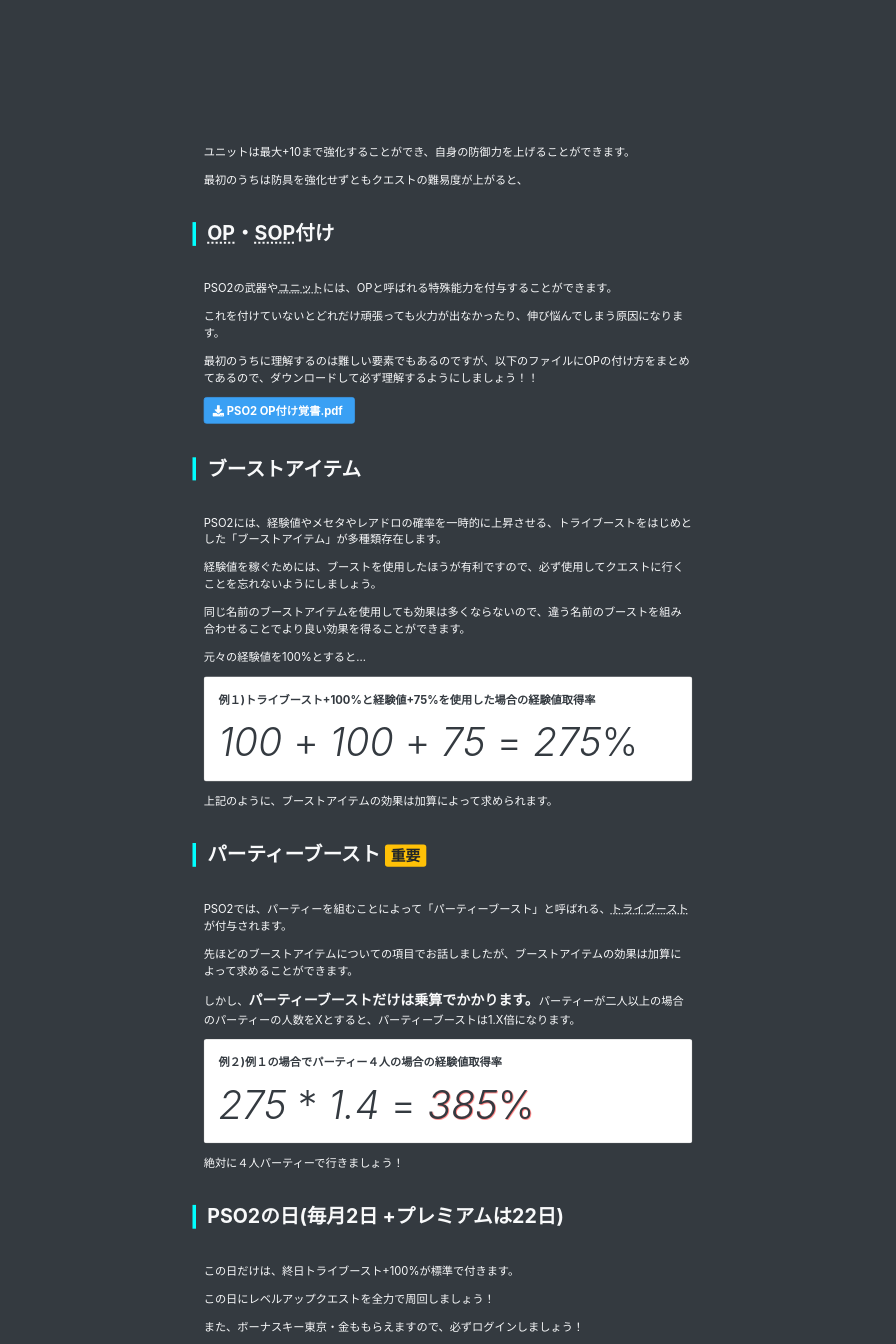
Repository: milkyahonpo/Website_source
Page: docs/capture.html
The author's editor kept a copy of each file at every save. The page is drawn from the files as they stood at one save, then again after the next save.
The browser window is 1280 px wide. The pictures show the part of the page from y = 3755 to 5675 px (the page is 10707 px tall before and 10731 px after), at 70% of full size.
Pictures or frames that could not be fetched are drawn as grey boxes. Some web libraries are served in a nearby version.

Above is the page before, as saved 2020-02-03 10:07:34.

### docs/capture.html
<!DOCTYPE html>
<html lang="ja">
  <head>
    <!-- Required meta tags -->
    <meta charset="utf-8">
    <meta name="viewport" content="width=device-width, initial-scale=1, shrink-to-fit=no">
    <!-- Bootstrap CSS -->
    <link rel="stylesheet" href="https://stackpath.bootstrapcdn.com/bootstrap/4.3.1/css/bootstrap.min.css" integrity="sha384-ggOyR0iXCbMQv3Xipma34MD+dH/1fQ784/j6cY/iJTQUOhcWr7x9JvoRxT2MZw1T" crossorigin="anonymous">
    <!-- My CSS -->
    <link rel="stylesheet" href="css/capture.css">
    <!-- favicon -->
    <link rel="shortcut icon" href="img/favicon.ico">
    <!-- Font Awesome -->
    <link href="https://use.fontawesome.com/releases/v5.6.1/css/all.css" rel="stylesheet">
    <!-- Google Fonts -->
    <link href="https://fonts.googleapis.com/css?family=Titillium+Web&display=swap" rel="stylesheet">

    <title>みるく屋本舗 - 攻略本 -</title>
  </head>

  <body>
  <!-- Navigation -->
  <nav class="navbar navbar-expand-lg navbar-light fixed-top py-3" id="mainNav">
    <div class="container">
      <a class="navbar-brand" href="index.html">
        <img src="./img/logo.png" width="50" height="50" alt="">
        <b>みるく屋本舗</b>
      </a>
      <button class="navbar-toggler navbar-togglar-right" type="button" data-toggle="collapse" data-target="#navbarResponsive" aria-controls="navbarResponsive" aria-expanded="false" aria-label="Toggle navigation">
        <span class="navbar-toggler-icon"></span>
      </button>
      <div class="collapse navbar-collapse" id="navbarResponsive">
        <ul class="navbar-nav ml-auto my-2 my-lg-0">
          <li class="nav-item">
            <a class="nav-link js-scroll-trigger" href="#basic">基礎知識</a>
          </li>
          <li class="nav-item">
            <a class="nav-link js-scroll-trigger" href="#lv1-50">Lv01～Lv50</a>
          </li>
          <li class="nav-item">
            <a class="nav-link js-scroll-trigger" href="#lv51-75">Lv51～Lv75</a>
          </li>
          <li class="nav-item">
            <a class="nav-link js-scroll-trigger" href="#lv76-80">Lv76～Lv80</a>
          </li>
          <li class="nav-item">
            <a class="nav-link js-scroll-trigger" href="#lv81-90">Lv81～Lv90</a>
          </li>
        </ul>
      </div>
    </div>
  </nav>
  <!-- About Section -->
  <section class="page-section h-100 bg-dark text-light">
    <div class="container h-100">
      <div class="row h-100 justify-content-center align-items-center">
        <div class="col-lg-8">
          <h2 class="display-1 mt-0 font-weight-bold text-center"><span style="color: cyan;">攻</span>略本</h2>
          <hr class="divider my-4">
          <p class="lead text-center">チムメンに役立つ育成情報を掲載します！</p>
          <p class="text-center"><small>最終更新 : 2020/01/23</small></p>
        </div>
      </div>
    </div>
  </section>

  <div class="page-section bg-dark text-light">
    <div class="container">
      <div class="row py-5 justify-content-center" id="basic">
        <div class="col-md-8">
          <h2 class="font-weight-bold">基礎知識</h2>
          <h3 class="my-5 pl-3"><strong class="font-weight-bold">メインクラスとサブクラス</strong></h3>
          <div class="px-3">
            <div>
              PSO2には「メインクラス」と「サブクラス」があります。
              <ul>
                <li>「メインクラス」装備できる武器に影響するクラス</li>
                <li>「サブクラス」一部のスキルとステータスの影響を受けるクラス<br>
              </ul>
              以下にクラス一覧と、その装備できる武器について示します。
            </div>
            <p class="alert alert-info">ガンスラッシュはどのクラスでも使用することができます。</p>
            <h4>通常クラス</h4>
            <table class="table table-striped table-hover my-3 table-dark">
              <tr><th>アイコン</th><th>クラス名</th><th>略称</th><th>装備できる武器</th></tr>
              <tr><td><img class="img-thumbnail" src="img/Hu.png"　style="display: inline-block" width="50px" height="auto"></td><td><a href="https://pso2.swiki.jp/index.php?%E3%83%8F%E3%83%B3%E3%82%BF%E3%83%BC">ハンター</a></td><td>Hu</td><td><ul><li>ソード</li><li>ワイヤードランス</li><li>パルチザン</li></ul></td></tr>
              <tr><td><img class="img-thumbnail" src="img/Fi.png"　style="display: inline-block" width="50px" height="auto"></td><td><a href="https://pso2.swiki.jp/index.php?%E3%83%95%E3%82%A1%E3%82%A4%E3%82%BF%E3%83%BC">ファイター</a></td><td>Fi</td><td><ul><li>ツインダガー</li><li>ダブルセイバー</li><li>ナックル</li></ul></td></tr>
              <tr><td><img class="img-thumbnail" src="img/Ra.png"　style="display: inline-block" width="50px" height="auto"></td><td><a href="https://pso2.swiki.jp/index.php?%E3%83%AC%E3%83%B3%E3%82%B8%E3%83%A3%E3%83%BC">レンジャー</a></td><td>Ra</td><td><ul><li>ランチャー</li><li>アサルトライフル</li></ul></td></tr>
              <tr><td><img class="img-thumbnail" src="img/Gu.png"　style="display: inline-block" width="50px" height="auto"></td><td><a href="https://pso2.swiki.jp/index.php?%E3%82%AC%E3%83%B3%E3%83%8A%E3%83%BC">ガンナー</a></td><td>Gu</td><td><ul><li>ツインマシンガン</li><li>アサルトライフル</li></ul></td></tr>
              <tr><td><img class="img-thumbnail" src="img/Fo.png"　style="display: inline-block" width="50px" height="auto"></td><td><a href="https://pso2.swiki.jp/index.php?%E3%83%95%E3%82%A9%E3%83%BC%E3%82%B9">フォース</a></td><td>Fo</td><td><ul><li>ロッド</li><li>タリス</li></ul></td></tr>
              <tr><td><img class="img-thumbnail" src="img/Te.png"　style="display: inline-block" width="50px" height="auto"></td><td><a href="https://pso2.swiki.jp/index.php?%E3%83%86%E3%82%AF%E3%82%BF%E3%83%BC">テクター</a></td><td>Te</td><td><ul><li>ウォンド</li><li>タリス</li></ul></td></tr>
              <tr><td><img class="img-thumbnail" src="img/Br.png"　style="display: inline-block" width="50px" height="auto"></td><td><a href="https://pso2.swiki.jp/index.php?%E3%83%96%E3%83%AC%E3%82%A4%E3%83%90%E3%83%BC">ブレイバー</a></td><td>Br</td><td><ul><li>カタナ</li><li>バレットボウ</li></ul></td></tr>
              <tr><td><img class="img-thumbnail" src="img/Bo.png"　style="display: inline-block" width="50px" height="auto"></td><td><a href="https://pso2.swiki.jp/index.php?%E3%83%90%E3%82%A6%E3%83%B3%E3%82%B5%E3%83%BC">バウンサー</a></td><td>Bo</td><td><ul><li>ジェットブーツ</li><li>デュアルブレード</li></ul></td></tr>
              <tr><td><img class="img-thumbnail" src="img/Su.png"　style="display: inline-block" width="50px" height="auto"></td><td><a href="https://pso2.swiki.jp/index.php?%E3%82%B5%E3%83%A2%E3%83%8A%E3%83%BC">サモナー</a></td><td>Su</td><td><ul><li>タクト</li></ul></td></tr >
            </table>
            <div class="my-5">
              <p>これらの通常クラスのいずれか２つをレベル75にすることで選択可能になる<strong class="lead font-weight-bold">「後継クラス」</strong>というものがあります。</p>
              <p>後継クラスは現状で３つあり、ファントムとエトワールはサブクラスとしてセットすることができますが、メインクラスとして使う場合、<strong class="lead font-weight-bold">全てサブクラスをセットすることができません。</strong>その代わりに、各クラス特徴のある強力なクラススキルを有しており、非常に優秀なクラスとなっています。</p>
            </div>
            <h4>後継クラス</h4>
            <table class="table table-striped table-hover my-3 table-dark">
              <tr><th>アイコン</th><th>クラス名</th><th>略称</th><th>装備できる武器</th></tr>
              <tr><td><img class="img-thumbnail" src="img/Hr.png"　style="display: inline-block" width="50px" height="auto"></td class="align-items-center"><td><a href="https://pso2.swiki.jp/index.php?%E3%83%92%E3%83%BC%E3%83%AD%E3%83%BC">ヒーロー</a></td><td>Hr</td><td><ul><li>ソード</li><li>ツインマシンガン</li><li>タリス</li></ul></td></tr>
              <tr><td><img class="img-thumbnail" src="img/Ph.png"　style="display: inline-block" width="50px" height="auto"></td><td><a href="https://pso2.swiki.jp/index.php?%E3%83%95%E3%82%A1%E3%83%B3%E3%83%88%E3%83%A0">ファントム</a></td><td>Ph</td><td><ul><li>カタナ</li><li>アサルトライフル</li><li>ロッド</li></td></tr>
              <tr><td><img class="img-thumbnail" src="img/Et.png"　style="display: inline-block" width="50px" height="auto"></td><td><a href="https://pso2.swiki.jp/index.php?%E3%82%A8%E3%83%88%E3%83%AF%E3%83%BC%E3%83%AB">エトワール</a></td><td>Et</td><td><ul><li>ダブルセイバー</li><li>デュアルブレード</li><li>ウォンド</li></td></tr>
            </table>
            <p>「メインクラス」は、当然ですが入手した経験値の100%が加算されます。</p>
            <p>「サブクラス」も、セットしておくだけでサブクラスがレベル70までは<strong class="lead font-weight-bold">メインクラスが獲得した経験値の25%</strong>が加算されます。</p>
            <p>そのため、必ずサブクラスをつけておきましょう。</p>
          </div>
          <h3 class="my-5 pl-3"><strong class="font-weight-bold">武器やユニットの強化</strong></h3>
          <div class="px-3">
            <p>入手した武器やユニットを強化することで、より強力なものにすることができます。</p>
            <p>2016/04/20以降に実装された武器は「新世武器」と呼ばれ、現状主力の武器などは基本的に全てこれにあたります。</p>
            <p>新世武器は最大+35まで強化することができ、+10ごとに武器ごとに設定されている潜在能力という強力な能力が解放され、最大Lv3になります。</p>
            <div class="movie-box">
              <iframe width="560" height="315" src="https://www.youtube-nocookie.com/embed/dSWcW5Sa8bw" frameborder="0" allow="accelerometer; autoplay; encrypted-media; gyroscope; picture-in-picture" allowfullscreen></iframe>
              <iframe width="560" height="315" src="https://www.youtube-nocookie.com/embed/HepugsvGa0Y" frameborder="0" allow="accelerometer; autoplay; encrypted-media; gyroscope; picture-in-picture" allowfullscreen></iframe>
            </div>
            <p>ユニットは最大+10まで強化することができ、自身の防御力を上げることができます。</p>
            <p>最初のうちは防具を強化せずともクエストの難易度が上がると、</p>
          </div>
          <h3 class="my-5 pl-3"><strong class="font-weight-bold"><abbr title="特殊能力(DL先のファイルに詳細)">OP</abbr>・<abbr title="S級特殊能力(DL先のファイルに詳細)">SOP</abbr>付け</strong></h3>
          <div class="px-3">
            <p>PSO2の武器や<abbr title="防具のこと">ユニット</abbr>には、OPと呼ばれる特殊能力を付与することができます。</p>
            <p>これを付けていないとどれだけ頑張っても火力が出なかったり、伸び悩んでしまう原因になります。</p>
            <p>最初のうちに理解するのは難しい要素でもあるのですが、以下のファイルにOPの付け方をまとめてあるので、ダウンロードして必ず理解するようにしましょう！！</p>
            <a class="text-decoration-none" href="./document/PSO2 OP付け覚書.pdf" download="PSO2 OP付け覚書.pdf">
              <button class="btn btn-primary">
                <span class="text-decoration-none"><i class="fas fa-download"></i><b class="px-1">PSO2 OP付け覚書.pdf</b></span>
              </button>
            </a>
          </div>
          <h3 class="my-5 pl-3"><strong class="font-weight-bold">ブーストアイテム</strong></h3>
          <div class="px-3">
            <p>PSO2には、経験値やメセタやレアドロの確率を一時的に上昇させる、トライブーストをはじめとした「ブーストアイテム」が多種類存在します。</p>
            <p>経験値を稼ぐためには、ブーストを使用したほうが有利ですので、必ず使用してクエストに行くことを忘れないようにしましょう。</p>
            <p>同じ名前のブーストアイテムを使用しても効果は多くならないので、違う名前のブーストを組み合わせることでより良い効果を得ることができます。</p>
            <p>元々の経験値を100%とすると...</p>
            <div class="card mb-3 text-dark">
              <div class="card-body">
              <p><b>例１)トライブースト+100%と経験値+75%を使用した場合の経験値取得率</b></p>
              <strong class="my-1 display-4"><var>100</var> + <var>100</var> + <var>75</var> = <var>275</var>%</strong>
              </div>
            </div>
            <p>上記のように、ブーストアイテムの効果は加算によって求められます。</p>
          </div>
          <h3 class="my-5 pl-3"><strong class="font-weight-bold">パーティーブースト </strong><span class="badge badge-warning">重要</span></h3>
          <div class="px-3">
            <p>PSO2では、パーティーを組むことによって「パーティーブースト」と呼ばれる、<abbr title="略称「トラブ」 メセタ、レアドロ、経験値獲得量UP">トライブースト</abbr>が付与されます。</p>
            <p>先ほどのブーストアイテムについての項目でお話しましたが、ブーストアイテムの効果は加算によって求めることができます。</p>
            <p>しかし、<strong class="lead font-weight-bold">パーティーブーストだけは乗算でかかります。</strong>パーティーが二人以上の場合のパーティーの人数をXとすると、パーティーブーストは1.X倍になります。</p>
            <div class="card mb-3 text-dark">
              <div class="card-body">
              <p><b>例２)例１の場合でパーティー４人の場合の経験値取得率</b></p>
              <strong class="my-1 display-4"><var>275</var> * <var>1.4</var> = <span class="enh"><var>385</var>%</span></strong><br>
              </div>
            </div>
            <p>絶対に４人パーティーで行きましょう！</p>
          </div>
          <h3 class="my-5 pl-3"><strong class="font-weight-bold">PSO2の日(毎月2日 +プレミアムは22日)</strong></h3>
          <div class="px-3">
            <p>この日だけは、終日トライブースト+100%が標準で付きます。</p>
            <p>この日にレベルアップクエストを全力で周回しましょう！</p>
            <p>また、ボーナスキー東京・金ももらえますので、必ずログインしましょう！</p>
          </div>
          <h3 class="my-5 pl-3"><strong class="font-weight-bold">プレミアムアカウント </strong><span class="badge badge-warning">重要</span></h3>
          <div class="px-3">
            <p>プレミアムアカウントだと、その期間は常にトライブースト+50%が付与されます。</p>
            <p>また、プレミアムアカウントだとプレミアムドリンクを飲むことができ、確定で経験値UPの効果を得られるドリンクを飲むことができます！</p>
            <p>一応ノーマルアカウントでもランダムで出ますが、そちらは+10%でこちらは+15%なので、地味にありがたいことであったりします。</p>
            <p>その他多くのメリットがあり、非常におすすめです。詳細は以下からご確認ください。</p>
            <a href="http://pso2.jp/players/manual/preparations/ac/#sys-manual-513"><button class="btn btn-primary"><i class="fas fa-question-circle"></i> プレミアムアカウントについて</button></a>
          </div>
        </div>
      </div>
      <div class="row py-5 justify-content-center" id="lv1-50">
        <div class="col-lg-8">
          <h2><b>Lv01～50</b></h2>
          <h3 class="my-5 pl-3"><strong class="font-weight-bold">クエストに行かない！</strong></h3>
          <div class="px-3">
            <p>それが大事です。ひたすらに。</p>
            <p>理由としては、難易度的にも効率的にも、経験値がおいしくないからです。</p>
            <p>初心者として始めた時点だと、倉庫に「経験値獲得チケット」が眠っているので、まずはそれを使ってドシドシとレベルを上げていきましょう！</p>
            <p>１レベル上がるのに必要な経験値が一気に上がるのは41レベル以降なので、そこまでは一気に上がっていくはずです。</p>
            <p><strong class="lead font-weight-bold">しかし！！</strong>以下の注意点があります...</p>
          </div>
          <h3 class="my-5 pl-3"><strong class="font-weight-bold">レベル制限解除試練・Ⅰ<span class="mx-3">or</span>Ⅱ</strong></h3>
          <div class="px-3">
            <p><strong class="lead font-weight-bold">ゲートエリアのNPCコフィーのクライアントオーダー</strong>から、Ⅰはクラスレベル20、Ⅱはクラスレベル35になると受けることができます。</p>
            <p>このオーダーをクリアしておかないと、レベル30とレベル40の時点で<abbr title="レベルがそれ以上上がらない状態になること">レベルキャップ</abbr>を迎えてしまいます。そうなると経験値チケットを使用しても無駄になるだけなので、しっかりと解放しておきましょう！</p>
          </div>
        </div>
      </div>
      <div class="row py-5 justify-content-center" id="lv51-75">
        <div class="col-lg-8">
          <h2 class="mb-5"><b>Lv51～75</b></h2>
          <h3 class="my-5 pl-3"><strong class="font-weight-bold">ボーナスキー</strong></h3>
          <div class="px-3">
            <p><strong class="lead font-weight-bold">ここまで取っておいた君！よく我慢した！！！</strong></p>
            <p>ボーナスキーは有効期限がありますので、ここらで使うのも手ではないでしょうか。</p>
            <p>しかし、ボーナスクエストは、自身の現在のレベルに比例して取得できる経験値量が増加します。</p>
            <p>自身のレベルが80になると、取得できる経験値量の変動が頭打ちになるので、そこで使うのがもっとも効率が良い方法になります。</p>
            <p><strong class="lead font-weight-bold">PSO2の日はボーナスクエストにも経験値+100%がつく</strong>ので、期限がもつならその時に行きましょう！</p>
          </div>
          <h3 class="my-5 pl-3"><strong class="font-weight-bold">暗影渦巻く壊れた世界SH </strong><span class="badge badge-warning">重要</span></h3>
          <div class="px-3">
            <p>これより経験値がおいしいクエストは、他にはボーナスキーしかないレベルです。</p>
            <p>圧倒的経験値効率を誇るクエストなので、レベリングには必ず行きましょう！</p>
            <p><strong class="lead font-weight-bold">レベルアップクエストの仕様上、5日周期で1日来る</strong>ので必ずチェックしておきましょう。</p>
          </div>
          <h3 class="my-5 pl-3"><strong class="font-weight-bold">クラスごとの<abbr title="スキルポイント スキルツリーのスキルを取得するために必要になる レベル1UPごとに1SP">SP</abbr>取得クライアントオーダー </strong><span class="badge badge-warning">重要</span></h3>
          <div class="px-3">
            <p>レベル75になると、クラスキューブというアイテムを渡すことによって、クラスごとにSPを獲得できるクライアントオーダーが解放されます。</p>
            <p>クラスキューブとは、ハンターであれば「Huエクスキューブ」といったような、クラスの略称がついたアイテムになります。</p>
            <p>全てのクラス共通で、最初は1個、次は2個、3個、4個と要求数が増えていき、全4つのオーダーで合計10個のクラスキューブが必要になります。</p>
            <p><strong class="lead font-weight-bold">ゲートエリアのNPCシロナの「トレジャーショップ」</strong>から、SGまたはメセタを使用してクラスキューブを購入することができます。売っているクラスキューブは日替わりなので、自分の欲しいクラスキューブが陳列された時に購入しましょう！</p>
            <p>また、レベル90のレベルキャップに到達した状態でレベルアップすることで、そのクラスのクラスキューブを<strong class="lead font-weight-bold">レベルアップごとに７個</strong>取得することができます。</p>
          </div>
        </div>
      </div>
          <!--
          <h3 class="my-5 pl-3"><strong class="font-weight-bold">レベル75制限解除試験・○○ </strong><span class="badge badge-info">後継クラスのみ</span></h3>
          <p>レベル75制限解除試験とは、その名の通りレベル75のレベルキャップを解放するクライアントオーダーです。</p>
          <p>これまでもレベル30の時点やレベル40の時点にも存在したものと同じになります。</p>
          <p>このレベルキャップ解放はクラスごとにクリアする必要があります。</p>
          <p>条件は、<br>
          <strong class="lead font-weight-bold">「<abbr title="ガンスラッシュは対象外です">メインクラスで装備できる武器種</abbr>の☆13以上を+35まで強化する」</strong><br>
          というものになります。</p>
          <p><strong class="lead font-weight-bold">ゲートエリアのNPCプリンの「コレクトシート」</strong>で、☆13武器の+35をゲットするだけで達成することができます。</p>
          <p>コレクトシートとは、数あるアイテムの中から自身が欲しいアイテムを選択し、そのアイテムのシートを入手したのちに、シート中に記載されている必要項目を全達成することで対象のアイテムが入手できるというものです。</p>
          <p>それぞれの項目に指定された条件を達成すると項目のゲージが上昇していき、ゲージが最大になった時にドロップするアイテムを入手することで項目が達成されます。</p>
          <p>基本的にコレクトシートの項目の条件は、入手した時点で開催されている緊急クエストや期間限定クエストで達成できるものが設定されているので、どんどん参加しましょう！</p>
          -->

      <div class="row py-5 justify-content-center" id="lv76-80">
        <div class="col-lg-8">
          <h2 class="mb-5"><b>Lv76～80</b></h2>
          <h3 class="my-5 pl-3"><strong class="font-weight-bold">必要経験値の異常なまでの上昇 </strong><span class="badge badge-danger">難関</span></h3>
          <p><strong class="lead font-weight-bold">今までとは比べ物にならないくらいにレベルが上がらなくなってきます。</strong></p>
          <p>ただ、昔のPSO2と比較したら今はボーナスキーもあり、レベルアップクエストなんてものもあり、
          そのうえPSO2の日では経験値+100%で、プレミアムなら毎日トライブースト+50%もつくだって！？</p>
          <strong class="lead font-weight-bold">めげずに頑張りましょう！私たちがついています！</strong>

          <h3 class="my-5 pl-3"><strong class="font-weight-bold">ボーナスキー </strong></h3>
          <p>それはここでも同じです。</p>
          <p>PSO2で経験値が一番おいしいクエストは間違いなくボーナスキー！</p>
          <p>手に入れたらPSO2の日をねらって絶対に行きましょう！</p>
          <p>(ブーストアイテムを忘れずにね！)</p>

          <h3 class="my-5 pl-3"><strong class="font-weight-bold">暗影渦巻く壊れた世界XH </strong><span class="badge badge-success">更新時点 推奨</span></h3>
          <p>現状最強武器の「リバレイト〇〇」という武器の入手にはクラスキューブが必要になります。</p>
          <p>また、2020/02/05まで開催されている<a href="http://pso2.jp/players/event/newyear2020/">SPACE MAGATSU DESTROYERS</a>の個人ポイント獲得はこの暗影でもためることができ、暗影は1周2分で周回できるので非常に高効率となっています。(本来あってはならないことかもしれませんが...)</p>
          <p>以上の理由から、現時点では高レベルのプレイヤーも暗影を周回しており、人がすぐに集まることも多いため、以下に記載してあるSHを周回するよりも圧倒的に高効率でレベルアップすることができます。</p>

          <h3 class="my-5 pl-3"><strong class="font-weight-bold">暗影渦巻く壊れた世界SH </strong><span class="badge badge-secondary">更新時点 非推奨</span></h3>
          <p>「え？なんでまだこの段階でもXH行かないの？」</p>
          <p>そう思う方も多いことでしょう。</p>
          <p>試しにXHに行ってみた方はわかると思いますが、
          <strong class="lead font-weight-bold">クエストに12人いることのほうが少ないです。</strong></p>
          <p>理由はSHとXHの受注可能なレベル帯の差にあります。</p>
          <p>SHはレベル50から受注可能で、XHには、メインサブの双方を75まで上げないと行けません。</p>
          <p>なので、SHを回るのは、75-50=レベル25分の幅の方で、
          なおかつメインはレベル75であってもサブはまだという方も含まれます。</p>
          <p>それに対してXHはレベル75から受注可能で、最大はレベル90です。</p>
          <p>なので、XHを回るのは、90-75=レベル15分の幅の方で、
          なおかつメインサブ双方が75以上である方です。</p>
          <p>それゆえに、暗影で人数が集まるのは必然的にSHとなるわけです。</p>
          <p>人数が集まるということは、パーティーが組めるのでブーストがのる。</p>
          <p><strong class="lead font-weight-bold">そういうことです！</strong></p>

          <h3 class="my-5 pl-3"><strong class="font-weight-bold">クラスごとのSP取得クライアントオーダー </strong></h3>
          <p>Lv51～75で前述のとおりです。</p>
          <p>もしもレベル75の時点でやっていなかったのであれば、必ずここで済ませてしまいましょう！</p>

          <!--
          <h3 class="my-5 pl-3"><strong class="font-weight-bold">レベル80制限解除試験・○○ </strong></h3>
          <p>「またレベルキャップか・・・」</p>
          <p>安心してください。今回のは<b>めちゃくちゃ簡単</b>です。</p>
          <p>レベルを75にした時点で称号報酬でもらっていた、３つの<strong class="lead font-weight-bold">「サブ／ステラウォール」</strong>というユニット。</p>
          <p>若しくは、ここまで暗影を周回している人なら持っているであろう「ウェポンズバッジ2019」。</p>
          <p>それとバッジ交換ショップで交換できる☆12ユニットの、</p>
          <p><strong class="lead font-weight-bold">「リア／サーキュレイ」、「アーム／サーカレイ」、「レッグ／サークレイ」</strong>。</p>
          <p>そのどちらかのシリーズを全て+10にしてから装備して話しかけるだけで達成できます。</p>
          <p>ユニットの強化は、武器と比較してものすごく簡単なので、
          強化値+7までは補助アイテム何も無しで上げていき、
          +8以降は、「強化成功率+5%」と「強化リスク軽減(+1)」を使用して上げていくだけで十分です。</p>
          <p>もっていないのであれば、どちらも非常に安価にマイショップで販売していますので、
          どんどん上げて、ぱぱっと報告してしまいましょう！</p>
          -->
        </div>
      </div>
      <div class="row py-5 justify-content-center" id="lv81-90">
        <div class="col-lg-8">
          <h2 class="mb-5"><b>Lv81～90</b></h2>
          <h3 class="my-5 pl-3 display-4"><font color="orange">気合 <i class="fas fa-exclamation"></i></font></h3>
          <p>今までの知識をすべて駆使してレベルを上げていきましょう。</p>
          <p>ブースト、ボーナスキー、暗影...</p>
          <p><b style="font-size: 20px">頂上はもうすぐです！</b></p>
        </div>
      </div>
    </div>
  </div>
</section>
  <!-- Footer -->
  <footer class="bg-light py-5">
    <div class="container">
      <div class="small text-center text-muted">※当サイトの一部の掲載画像等に関する権利は、株式会社セガゲームズに帰属しています。</div>
      <div class="small text-center text-muted">Copyright &copy; 2019 - MYH / SEGA PHANTASY STAR ONLINE 2</div>
    </div>
  </footer>

  <!-- Bootstrap core JavaScript -->
  <script src="vendor/jquery/jquery.min.js"></script>
  <script src="vendor/bootstrap/js/bootstrap.bundle.min.js"></script>

  <!-- Plugin JavaScript -->
  <script src="vendor/jquery-easing/jquery.easing.min.js"></script>
  <script src="vendor/magnific-popup/jquery.magnific-popup.min.js"></script>

  <!-- Custom scripts for this template -->
  <script src="js/creative.min.js"></script>

    <!-- Optional JavaScript -->
    <!-- jQuery first, then Popper.js, then Bootstrap JS -->
    <script src="https://code.jquery.com/jquery-3.3.1.slim.min.js" integrity="sha384-q8i/X+965DzO0rT7abK41JStQIAqVgRVzpbzo5smXKp4YfRvH+8abtTE1Pi6jizo" crossorigin="anonymous"></script>
    <script src="https://cdnjs.cloudflare.com/ajax/libs/popper.js/1.14.7/umd/popper.min.js" integrity="sha384-UO2eT0CpHqdSJQ6hJty5KVphtPhzWj9WO1clHTMGa3JDZwrnQq4sF86dIHNDz0W1" crossorigin="anonymous"></script>
    <script src="https://stackpath.bootstrapcdn.com/bootstrap/4.3.1/js/bootstrap.min.js" integrity="sha384-JjSmVgyd0p3pXB1rRibZUAYoIIy6OrQ6VrjIEaFf/nJGzIxFDsf4x0xIM+B07jRM" crossorigin="anonymous"></script>
  </body>
</html>

### docs/js/creative.min.js
/*!
 * Start Bootstrap - Creative v5.1.6 (https://startbootstrap.com/template-overviews/creative)
 * Copyright 2013-2019 Start Bootstrap
 * Licensed under MIT (https://github.com/BlackrockDigital/startbootstrap-creative/blob/master/LICENSE)
 */

!function (e) { "use strict"; e('a.js-scroll-trigger[href*="#"]:not([href="#"])').click(function () { if (location.pathname.replace(/^\//, "") == this.pathname.replace(/^\//, "") && location.hostname == this.hostname) { var a = e(this.hash); if ((a = a.length ? a : e("[name=" + this.hash.slice(1) + "]")).length) return e("html, body").animate({ scrollTop: a.offset().top - 72 }, 1e3, "easeInOutExpo"), !1 } }), e(".js-scroll-trigger").click(function () { e(".navbar-collapse").collapse("hide") }), e("body").scrollspy({ target: "#mainNav", offset: 75 }); function a() { 100 < e("#mainNav").offset().top ? e("#mainNav").addClass("navbar-scrolled") : e("#mainNav").removeClass("navbar-scrolled") } a(), e(window).scroll(a)/*, e("#portfolio").magnificPopup({ delegate: "a", type: "image", tLoading: "Loading image #%curr%...", mainClass: "mfp-img-mobile", gallery: { enabled: !0, navigateByImgClick: !0, preload: [0, 1] }, image: { tError: '<a href="%url%">The image #%curr%</a> could not be loaded.' } })*/ }(jQuery);

Loaded but not shown: docs/css/capture.css (library); docs/vendor/jquery/jquery.min.js (library); docs/vendor/bootstrap/js/bootstrap.bundle.min.js (library); docs/vendor/jquery-easing/jquery.easing.min.js (common file); docs/vendor/magnific-popup/jquery.magnific-popup.min.js (library)

After the next save:
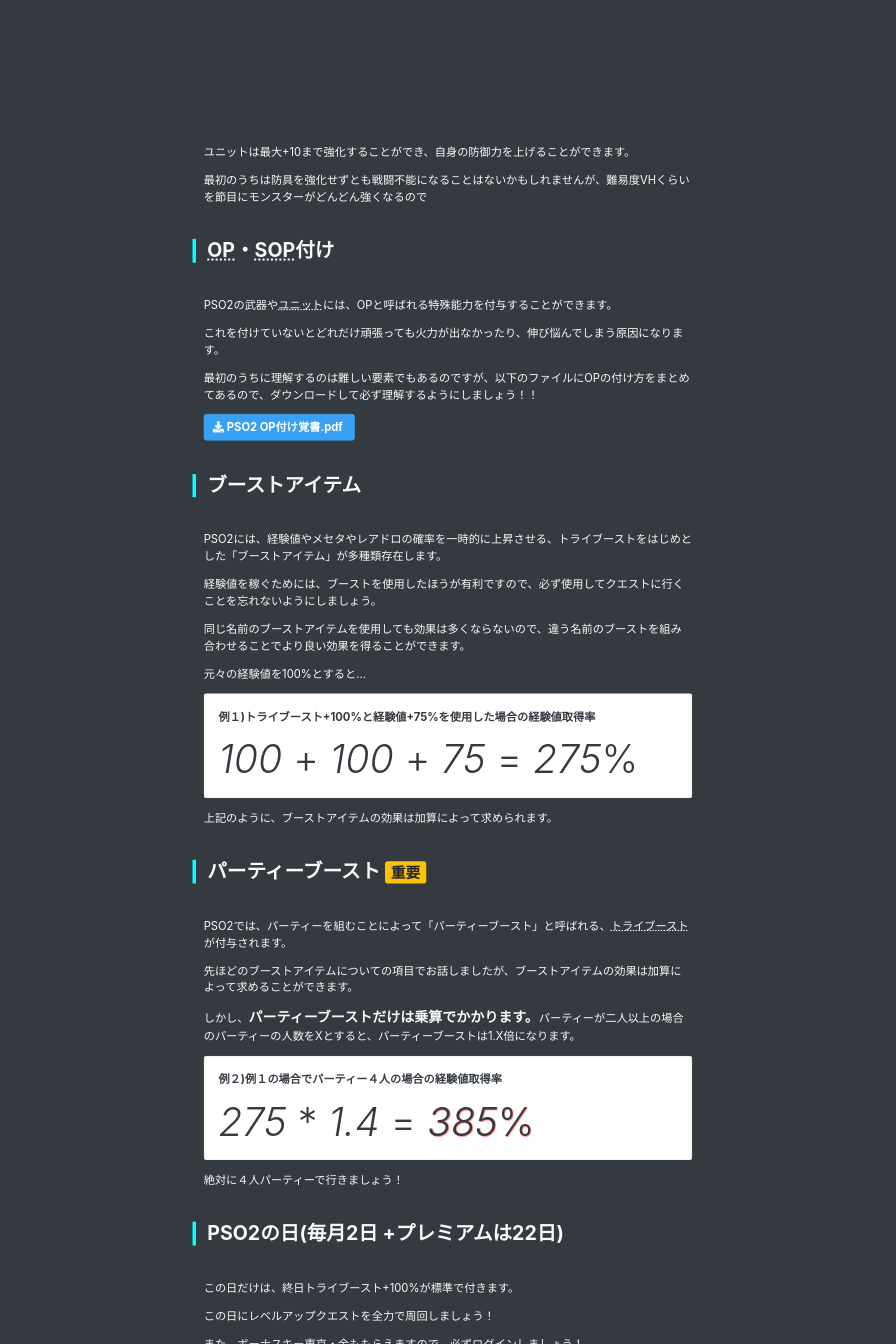
Saved 28 s later.
--- a/docs/capture.html
+++ b/docs/capture.html
@@ -118,7 +118,7 @@
               <iframe width="560" height="315" src="https://www.youtube-nocookie.com/embed/HepugsvGa0Y" frameborder="0" allow="accelerometer; autoplay; encrypted-media; gyroscope; picture-in-picture" allowfullscreen></iframe>
             </div>
             <p>ユニットは最大+10まで強化することができ、自身の防御力を上げることができます。</p>
-            <p>最初のうちは防具を強化せずともクエストの難易度が上がると、</p>
+            <p>最初のうちは防具を強化せずとも戦闘不能になることはないかもしれませんが、難易度VHくらいを節目にモンスターがどんどん強くなるので</p>
           </div>
           <h3 class="my-5 pl-3"><strong class="font-weight-bold"><abbr title="特殊能力(DL先のファイルに詳細)">OP</abbr>・<abbr title="S級特殊能力(DL先のファイルに詳細)">SOP</abbr>付け</strong></h3>
           <div class="px-3">
